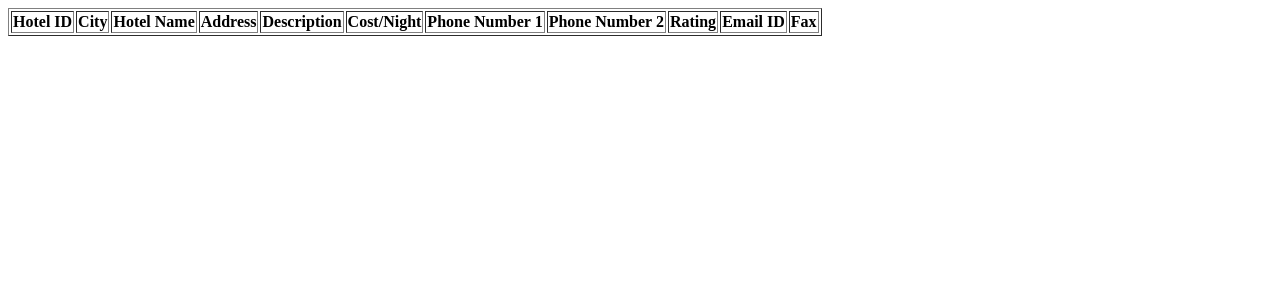
Repository: dishangjain/SpringProject
Page: http://localhost/HotelBookingManagementSystem/JSPs/BookingStatus.jsp
The author's editor kept a copy of each file at every save. The page is drawn from the files as they stood at one save, then again after the next save.
The browser window is 1280 px wide. The pictures show the whole page.
The page is served by Tomcat 9. Nobody is signed in. The application's start-up code is not run. The template is opened directly, without the code that normally fills it, so the values that code supplies are empty.

Above is the page before, as saved 2017-10-16 05:42:50.

After the next save:
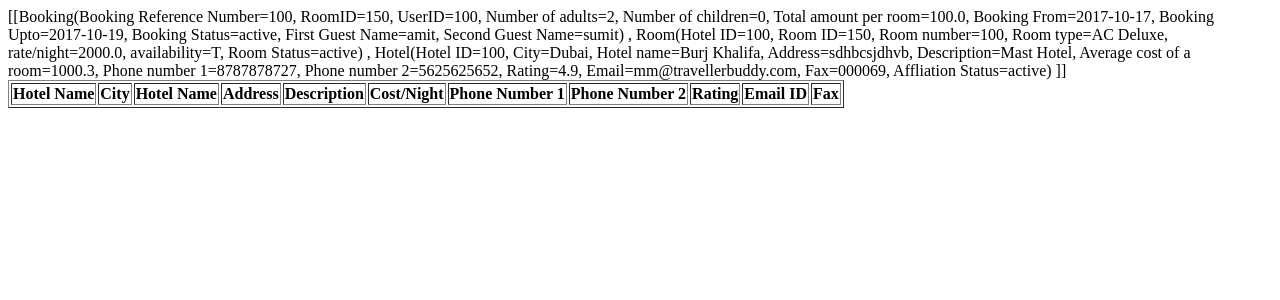
Saved 55 s later.
--- a/HotelBookingManagementSystem/WebContent/JSPs/BookingStatus.jsp
+++ b/HotelBookingManagementSystem/WebContent/JSPs/BookingStatus.jsp
@@ -8,9 +8,21 @@
 		<title>Your bookings</title>
 	</head>
 	<body>
+
+
+
+	[[Booking(Booking Reference Number=100, RoomID=150, UserID=100, Number of adults=2, Number of children=0,
+	 Total amount per room=100.0, Booking From=2017-10-17, Booking Upto=2017-10-19, Booking Status=active,
+	  First Guest Name=amit, Second Guest Name=sumit) , Room(Hotel ID=100, Room ID=150, Room number=100,
+	   Room type=AC Deluxe, rate/night=2000.0, availability=T, Room Status=active) , Hotel(Hotel ID=100,
+	    City=Dubai, Hotel name=Burj Khalifa, Address=sdhbcsjdhvb, Description=Mast Hotel, Average cost of a room=1000.3,
+	     Phone number 1=8787878727, Phone number 2=5625625652, Rating=4.9, Email=mm@travellerbuddy.com, Fax=000069,
+	      Affliation Status=active) ]]
+
+
 			<table border="1">
 			<tr>
-				<th>Hotel ID</th>
+				<th>Hotel Name</th>
 				<th>City</th>
 				<th>Hotel Name</th>
 				<th>Address</th>
